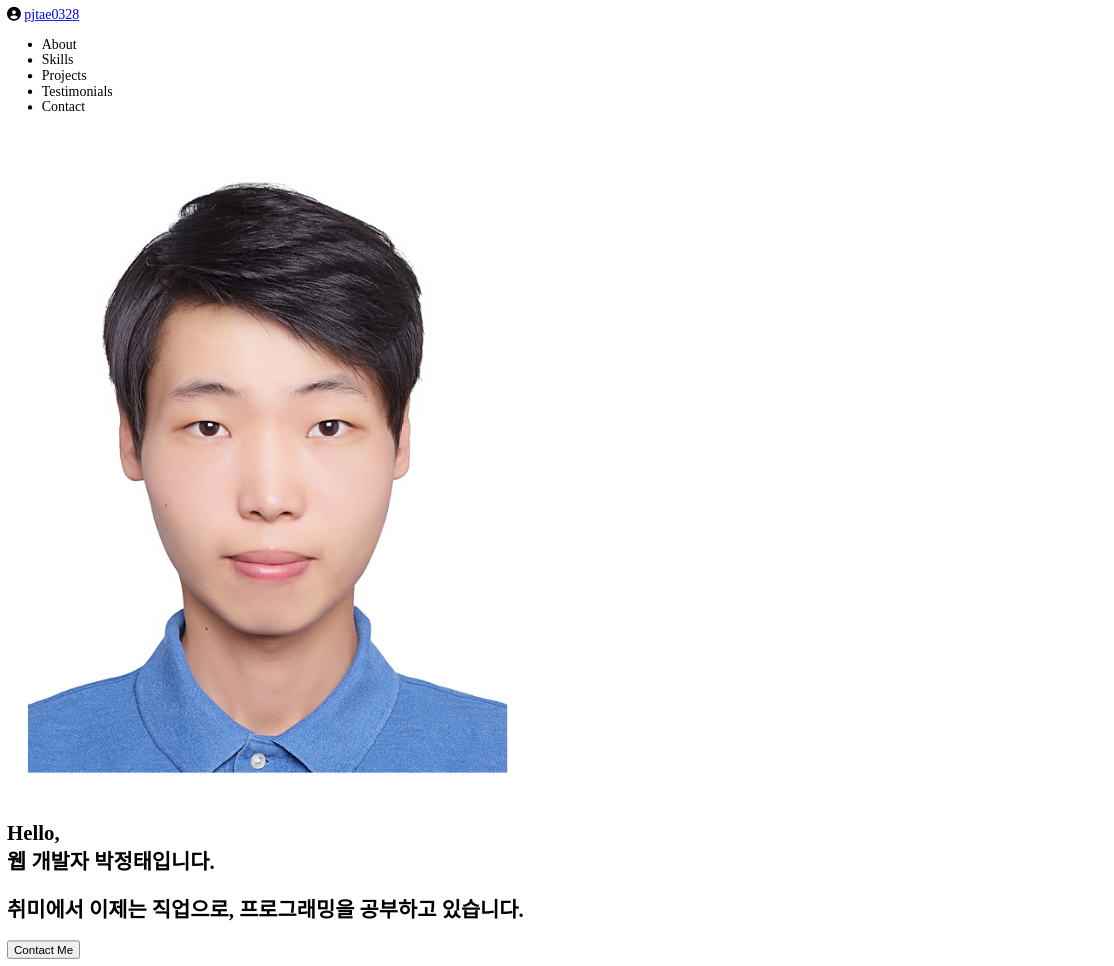
Repository: pjtae0328/Portfolio
Page: index.html
These files come from the project's save history. The page is drawn as it stood at one moment and after the next save; the edit follows.
The browser window is 1280 px wide. The pictures show the whole page, at 87% of full size.
Some web libraries are served in a nearby version.

Above is the page before, as saved 2021-08-24 16:26:43.

After the next save:
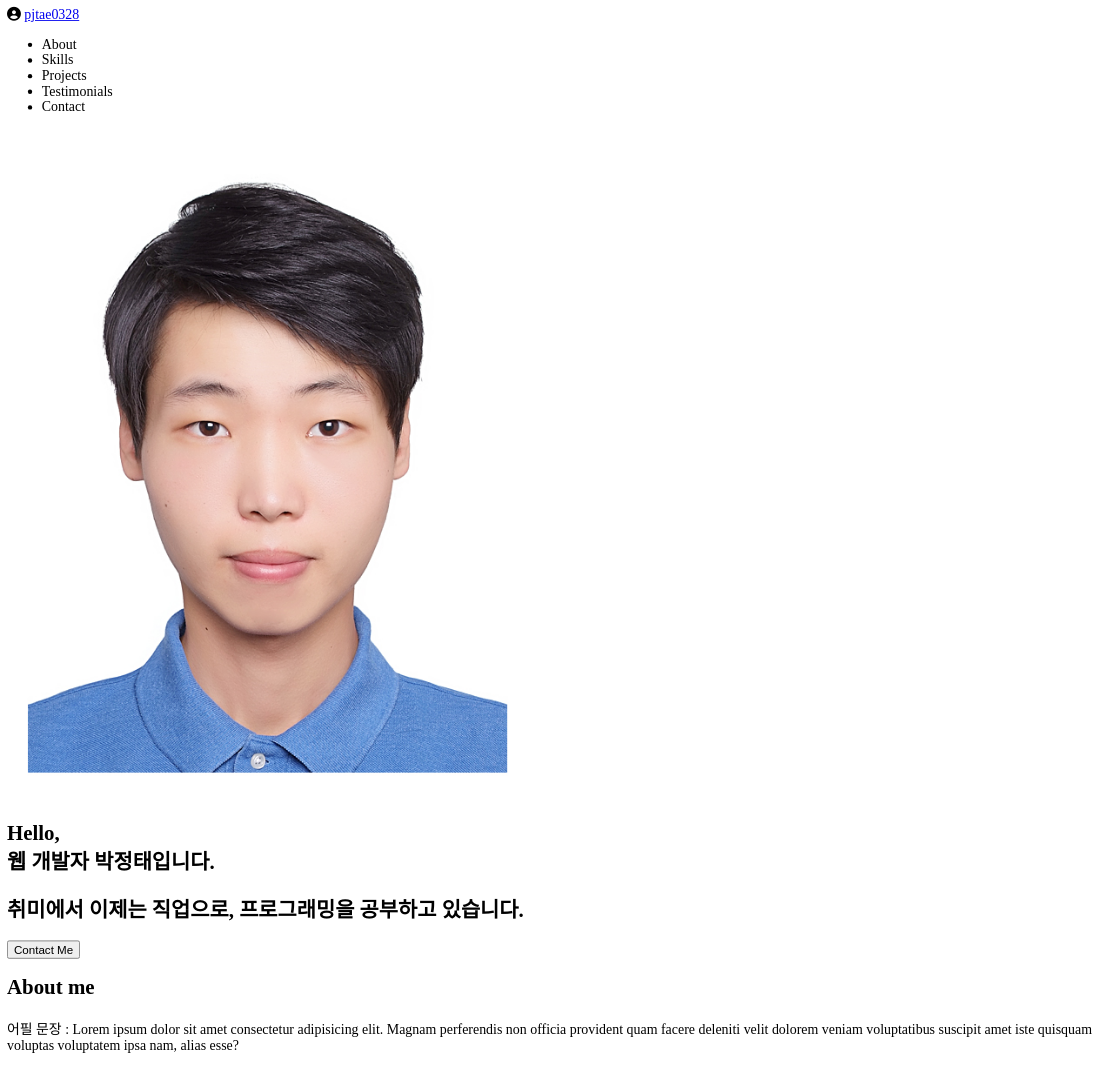
Saved 2 days later.
--- a/index.html
+++ b/index.html
@@ -52,7 +52,10 @@
     </section>
 
     <!-- About -->
-    <section class="about"></section>
+    <section class="about">
+        <h1>About me</h1>
+        <p>어필 문장 : Lorem ipsum dolor sit amet consectetur adipisicing elit. Magnam perferendis non officia provident quam facere deleniti velit dolorem veniam voluptatibus suscipit amet iste quisquam voluptas voluptatem ipsa nam, alias esse?</p>
+    </section>
 
     <!-- Skills -->
     <section class="skills"></section>
